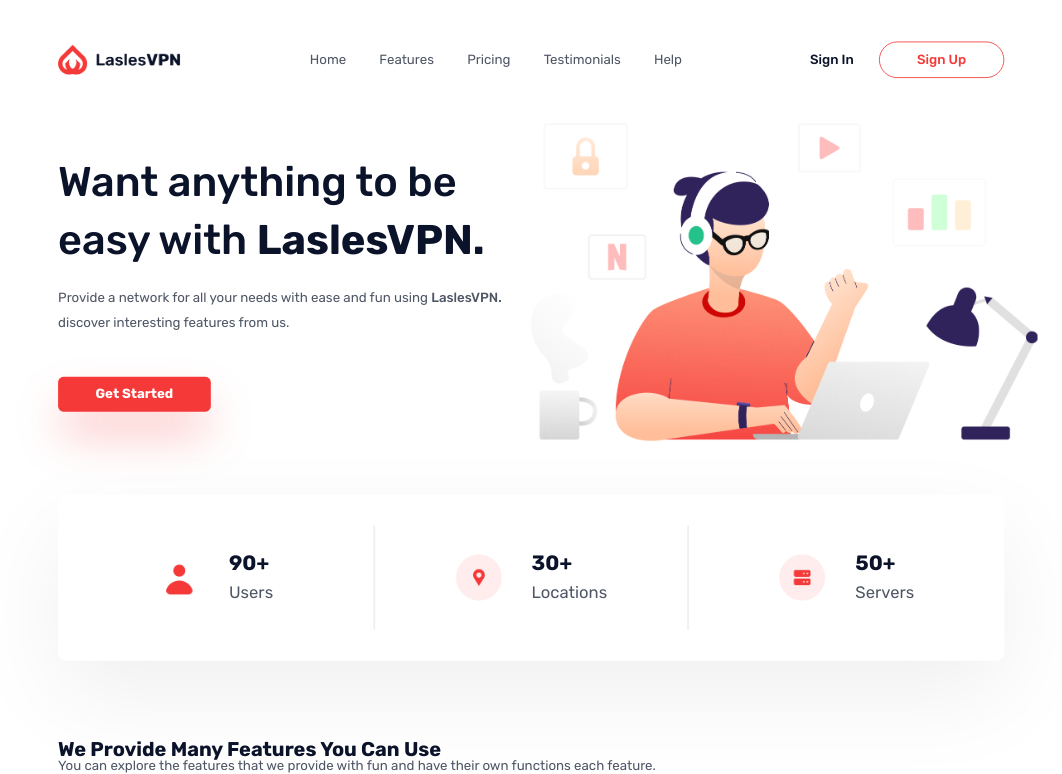
Repository: kebinh1235/lasles-demo
Page: index.html
An editor plug-in stored every save of this project. The page is shown before and after the next save, followed by the edit.
The browser window is 1280 px wide. The pictures show the whole page, at 83% of full size.
The style sheet was rebuilt from its Sass, Less or Tailwind sources for each picture, by a compiler version that may differ from the author's.

Above is the page before, as saved 2021-10-31 01:19:27.

### index.html
<!DOCTYPE html>
<html lang="en">
<head>
  <meta charset="UTF-8">
  <meta http-equiv="X-UA-Compatible" content="IE=edge">
  <meta name="viewport" content="width=device-width, initial-scale=1.0">
  <title>Lales VPN</title>
  <!-- Google Font -->
  <link rel="preconnect" href="https://fonts.googleapis.com">
  <link rel="preconnect" href="https://fonts.gstatic.com" crossorigin>
  <link href="https://fonts.googleapis.com/css2?family=Nunito:wght@300;400&family=Rubik:wght@400;500;700&display=swap" rel="stylesheet">
  <!-- CSS -->
  <link rel="stylesheet" href="./css/app.css">
</head>
<body>
  <div class="wrapper">
    <header class="header">
      <div class="container">
        <div class="header__container">
          <img class="header__logo" srcset="./images/logo.png 2x" alt="Logo">
          <ul class="menu">
            <li class="menu-item">
              <a href="#" class="menu-link">Home</a>
            </li>
            <li class="menu-item">
              <a href="#" class="menu-link">Features</a>
            </li>
            <li class="menu-item">
              <a href="#" class="menu-link">Pricing</a>
            </li>
            <li class="menu-item">
              <a href="#" class="menu-link">Testimonials</a>
            </li>
            <li class="menu-item">
              <a href="#" class="menu-link">Help</a>
            </li>
          </ul>
          <div class="header__auth">
            <a href="#" class="header__auth-signin">Sign In</a>
            <a href="#" class="btn btn__outline">Sign Up</a>
          </div>
        </div>
      </div>
    </header>
    <main>
      <section class="hero">
        <div class="container">
          <div class="hero__container">
            <div class="hero__content">
              <h1 class="hero__title">
                Want anything to be easy with <strong>LaslesVPN.</strong>
              </h1>
              <p class="hero__desc">Provide a network for all your needs with ease and fun using <strong>LaslesVPN.</strong> discover interesting features from us.</p>
              <a href="#" class="btn btn__primary">Get Started</a>
            </div>
            <div class="hero__img">
              <img srcset="./images/hero.png 2x" alt="">
            </div>
          </div>
        </div>
      </section>
      <section class="intro">
        <div class="container">
          <div class="intro__container">
            <div class="intro__item">
              <div class="intro__icon">
                <img src="./images/Icon/Group 1216.png" alt="Users" title="Users">
              </div>
              <div class="intro__info">
                <h3 class="intro__title">90+</h3>
                <span class="intro__text">Users</span>
              </div>
            </div>
            <div class="intro__item">
              <div class="intro__icon">
                <img srcset="./images/Icon/location.png 2x"alt="Location" title="Location">
              </div>
              <div class="intro__info">
                <h3 class="intro__title">30+</h3>
                <span class="intro__text">Locations</span>
              </div>
            </div>
            <div class="intro__item">
              <div class="intro__icon">
                <img srcset="./images/Icon/Server.png 2x" alt="Server" title="Server">
              </div>
              <div class="intro__info">
                <h3 class="intro__title">50+</h3>
                <span class="intro__text">Servers</span>
              </div>
            </div>
          </div>
        </div>
      </section>
      <section class="feature">
        <div class="container">
          <div class="feature__container">
            <div class="feature__img">
              <img src="" alt="">
            </div>
            <div class="feature__info">
              <h2 class="feature__title">We Provide Many Features You Can Use</h2>
              <p class="feature__desc">You can explore the features that we provide with fun and have their own functions each feature.</p>
              <ul class="feature__list">
                <li class="feature__item"></li>
                <li class="feature__item"></li>
                <li class="feature__item"></li>
                <li class="feature__item"></li>
              </ul>
            </div>
          </div>
        </div>
      </section>
    </main>
  </div>
</body>
</html>

### sass/app.scss
@import "variables";
@import "global";
@import "reset";
@import "header";
@import "hero";
@import "intro";
@import "feature";

### sass/_variables.scss
$font: "Rubik", sans-serif;
$text-color: #4f5665;
$heading-color: #0b132a;
$primary-color: #f53838;
$gray-color: #DDE0E4;
$white-color: #fff;

### sass/_global.scss
.wrapper {
  max-width: 1440px;
  margin: 0 auto;
}
.container {
  max-width: 1170px;
  padding: 0 15px;
  margin: 0 auto;
}
body {
  font-family: $font;
  color: $text-color;
  line-height: 1;
  font-weight: 400;
}
h1, h2, h3, h4, h5, h6 {
  color: $heading-color;
  font-weight: bold;
}
.btn {
  display: inline-block;
  padding: 13px 45px;
  border-radius: 100rem;
  font-family: $font;
  line-height: 1;
  font-weight: 500;
  cursor: pointer;
  &__primary {
    background: $primary-color;
    font-weight: 700;
    color: $white-color;
    border-radius: 0.4rem;
    box-shadow: 0 30px 54px -5px rgba(245, 56, 56, 0.35);
    &:hover {
      background: $white-color;
      transition: all .3s linear;
      color: $primary-color;
      border: 1px solid;
    }
  }
  &__outline {
    background: transparent;
    color: $primary-color;
    border: 1px solid $primary-color;
    font-weight: 500;
    &:hover {
      background: $primary-color;
      transition: all .3s linear;
      color: $white-color;
    }
  }
}

### sass/_reset.scss
html {
box-sizing: border-box;
}
* {
  margin: 0;
  padding: 0;
  text-decoration: none;
  list-style: none;
}
*,*:before,*:after {
box-sizing: border-box;
}
input,
textarea,
select,
button{
outline: none;
}
input{
line-height: normal;
}
label,
button{
cursor: pointer;
}
a {
text-decoration: none;
}
img {
display: block;
max-width: 100%;
}

### sass/_header.scss
.header {
  padding-top: 50px;
  padding-bottom: 90px;
  &__container {
    display:flex;
    justify-content: space-between;
    align-items: center;
  }
  &__auth {
    display:flex;
    align-items: center;
    gap: 0 30px;
    text-transform: capitalize;
    font-weight: 500;
    &-signin {
      color: $heading-color;
    }
    &-signup {
      color: $primary-color;
      border: 1px solid $primary-color;
      padding: 13px 45px;
      border-radius: 100rem;
    }

  }
}
.menu {
  display: flex;
  align-self: center;
  gap: 0 40px;
  &-link {
    color: inherit;
  }
}

### sass/_hero.scss
.hero {
  padding-bottom: 100px;
  &__container {
    display:flex;
    justify-content: space-between;
    align-items: center;
    gap: 0 40px;
    position: relative;
  }
  &__content {
    width: 100%;
    max-width: 555px;
  }
  &__title {
    font-size: 50px;
    font-weight: 500;
    margin-bottom: 20px;
    line-height: calc(70 / 50);
    color: $heading-color;
  }
  &__desc {
    flex-shrink: 0;
    line-height: calc(30 / 16);
    margin-bottom: 50px;
    strong {
      font-weight: 500;
    }
  }
  &__img {
    position: absolute;
    top: 50%;
    transform: translate(40px, -50%);
    right: 0;
  }
}
@media (max-width: 1023px) {
  .hero__container {
    flex-direction: row;
  }
}

### sass/_intro.scss
.intro {
  margin-bottom: 95px;
  &__container {
    background: #FFFFFF;
    border-radius: 10px;
    box-shadow: 0 42px 114px rgba(13,16,37, 0.064);
    padding: 37px 0;
    display: grid;
    grid-template-columns: repeat(3, minmax(0, 1fr));
    min-height: 200px;
  }
  &__item {
    display:flex;
    align-items: center;
    justify-content: center;
    gap: 0 37px;
    &:nth-child(2) {
      border-left: 2px solid #EEEFF2;
      border-right: 2px solid #EEEFF2;
    }
  }
  &__title {
    font-size: 25px;
    margin-bottom: 5px;
    line-height: calc(30 / 25);
  }
  &__text {
    font-size: 20px;
    line-height: calc(30 / 20);
  }
}

### sass/_feature.scss
.feature {
  &__container{

}
  &__img{

}
  &__info{

}
  &__title{

}
  &__desc{

}
  &__list{

}
  &__item{

}
}

After the next save:
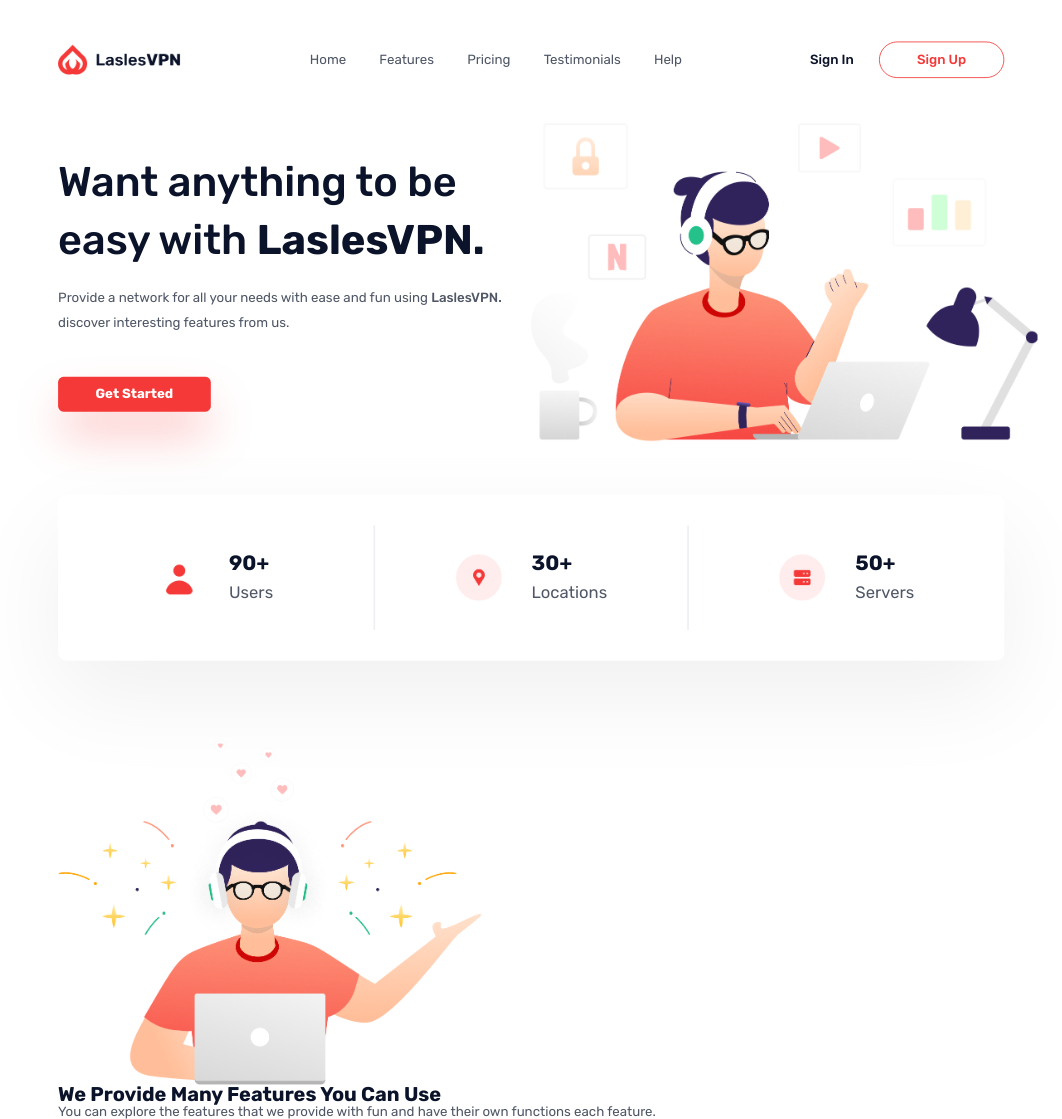
Saved 37 s later.
--- a/index.html
+++ b/index.html
@@ -96,7 +96,7 @@
         <div class="container">
           <div class="feature__container">
             <div class="feature__img">
-              <img src="" alt="">
+              <img srcset="./images/fearture.png 2x" alt="Feature" title="Feature">
             </div>
             <div class="feature__info">
               <h2 class="feature__title">We Provide Many Features You Can Use</h2>
